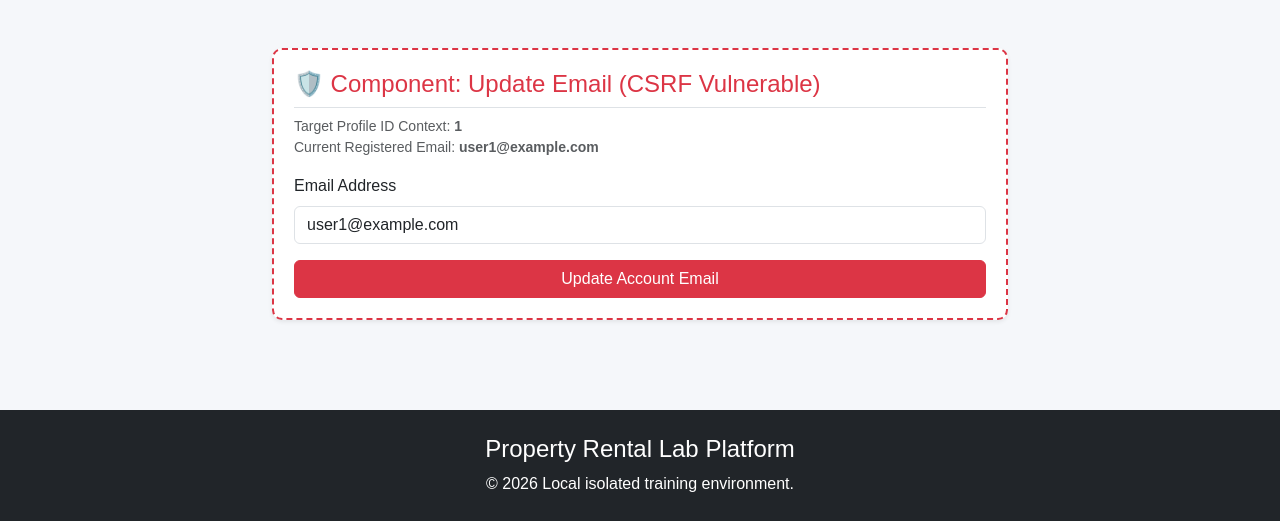
Repository: HRANIK841823/Property_Rental_Lab
Page: http://localhost/homepage.php
These files come from the project's save history. The page is drawn as it stood at one moment and after the next save; the edit follows.
The browser window is 1280 px wide. The pictures show the part of the page from y = 456 to 977 px (the page is 977 px tall before and 898 px after).
The page is run by PHP 8.4 with error messages shown; the project is at /var/www/html/. The database holds what the project's SQL file puts in it.

Above is the page before, as saved 2026-06-22 22:50:35.

After the next save:
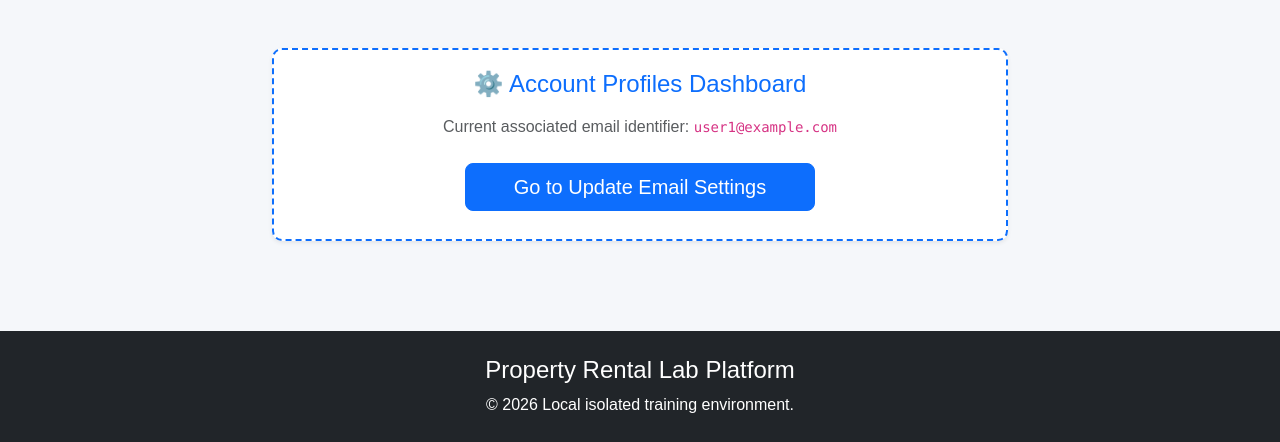
Saved 12 h 40 min later.
--- a/homepage.php
+++ b/homepage.php
@@ -4,30 +4,13 @@ include "db.php";
 
 $status_msg = "";
 
-// HYBRID AUTHENTICATION: Use the logged-in user's session if it exists;
-// otherwise, fall back to ID 1 so sqlmap doesn't get blocked or redirected.
+// HYBRID AUTHENTICATION
 if (isset($_SESSION['user_id'])) {
     $user_id = $_SESSION['user_id'];
     $current_user_name = $_SESSION['fullname'];
 } else {
     $user_id = 1;
     $current_user_name = "Guest (Automated Scan Mode)";
-}
-
-// =========================================================================
-// VULNERABILITY 1: CSRF / Missing State Verification (Email Update Only)
-// =========================================================================
-if ($_SERVER["REQUEST_METHOD"] === "POST" && isset($_POST['action']) && $_POST['action'] === 'update_email') {
-    $new_email = $_POST['email'];
-
-    // Completely insecure query execution string (Vulnerable to SQLi and CSRF)
-    $update_query = "UPDATE users SET email = '$new_email' WHERE id = $user_id";
-
-    if ($conn->query($update_query)) {
-        $status_msg = "<div class='alert alert-success'>Email updated successfully!</div>";
-    } else {
-        $status_msg = "<div class='alert alert-danger'>Update failed: " . $conn->error . "</div>";
-    }
 }
 
 // Fetch user entry dynamically for verification based on the active ID
@@ -50,7 +33,7 @@ body{ background:#f5f7fa; font-family:Arial, sans-serif; }
     background-size:cover; background-position:center; color:white; min-height:400px; display:flex; align-items:center;
 }
 .search-box{ background:white; padding:20px; border-radius:10px; margin-top:25px; color:#222; }
-.lab-box { border: 2px dashed #dc3545; background: #fff; padding: 20px; border-radius: 10px; margin-bottom: 30px; }
+.lab-box { border: 2px dashed #0d6efd; background: #fff; padding: 20px; border-radius: 10px; margin-bottom: 30px; }
 footer{ margin-top:60px; background:#212529; color:white; padding:25px; text-align:center; }
 </style>
 </head>
@@ -135,20 +118,14 @@ footer{ margin-top:60px; background:#212529; color:white; padding:25px; text-ali
 
     <div class="row justify-content-center mt-5">
         <div class="col-md-8">
-            <div class="lab-box shadow-sm">
-                <h4 class="text-danger border-bottom pb-2">🛡️ Component: Update Email (CSRF Vulnerable)</h4>
-                <p class="text-muted small">
-                    Target Profile ID Context: <b><?= $user_id; ?></b><br>
-                    Current Registered Email: <b><?= htmlspecialchars($user_profile['email'] ?? 'None'); ?></b>
+            <div class="lab-box shadow-sm text-center">
+                <h4 class="text-primary pb-2">⚙️ Account Profiles Dashboard</h4>
+                <p class="text-muted">
+                    Current associated email identifier: <code><?= htmlspecialchars($user_profile['email'] ?? 'None'); ?></code>
                 </p>
-                <form method="POST" action="homepage.php">
-                    <input type="hidden" name="action" value="update_email">
-                    <div class="mb-3">
-                        <label class="form-label">Email Address</label>
-                        <input type="email" name="email" class="form-control" value="<?= htmlspecialchars($user_profile['email'] ?? ''); ?>" required>
-                    </div>
-                    <button type="submit" class="btn btn-danger w-100">Update Account Email</button>
-                </form>
+                <div class="p-2">
+                    <a href="update_email.php" class="btn btn-primary btn-lg px-5">Go to Update Email Settings</a>
+                </div>
             </div>
         </div>
     </div>
